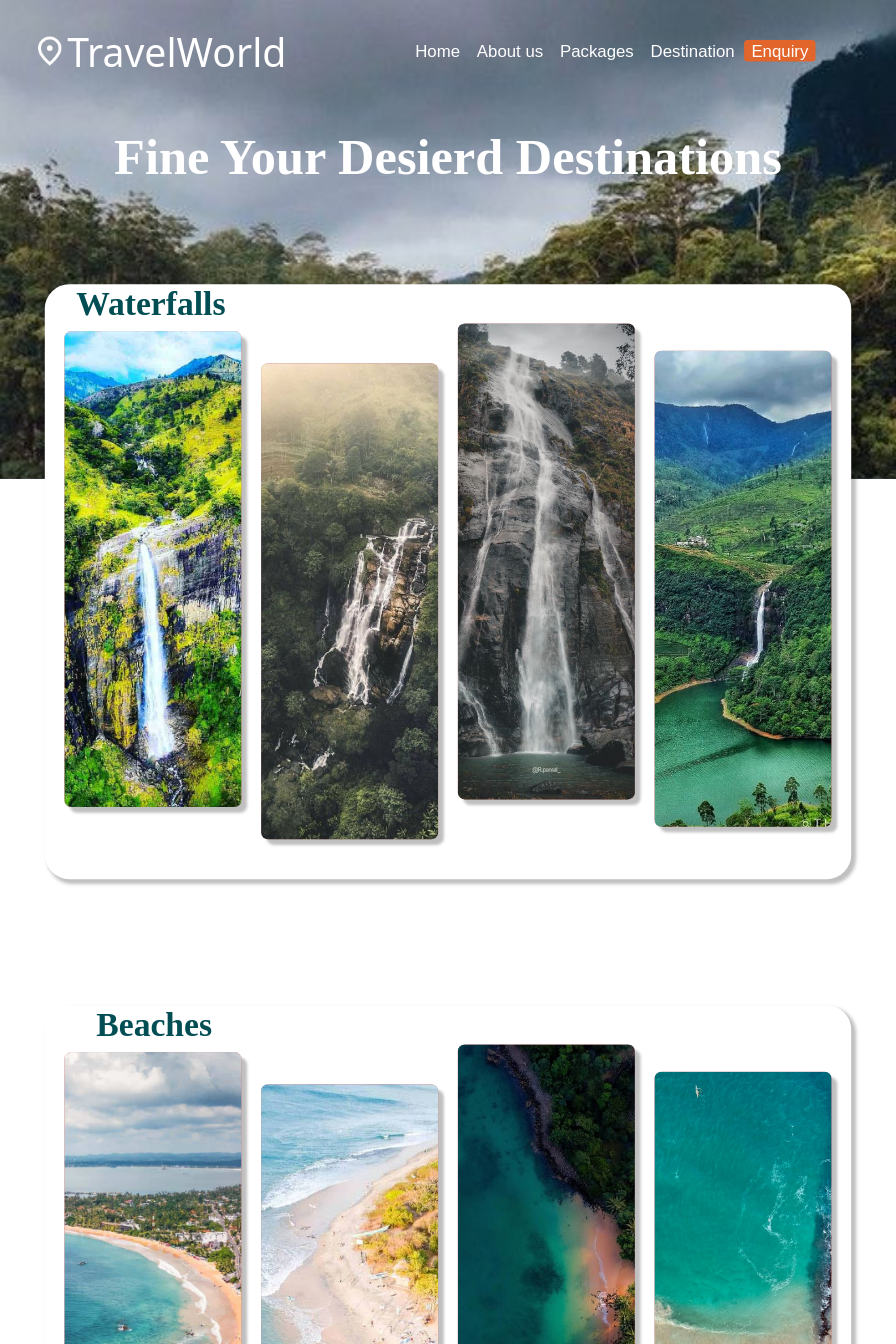
Repository: Haakim19/TavelWorld
Page: HTML/Destination.html
These files come from the project's save history. The page is drawn as it stood at one moment and after the next save; the edit follows.
The browser window is 1280 px wide. The pictures show the part of the page from y = 0 to 1920 px (the page is 4591 px tall), at 70% of full size.
Some web fonts or font styles are not loaded; a fallback is used.

Above is the page before, as saved 2024-11-02 20:48:33.

### HTML/Destination.html
<!DOCTYPE html>
<html lang="en">
    <head>
        <meta charset="UTF-8" />
		<meta name="viewport" content="width=device-width, initial-scale=1.0" />
		<title>Travel World</title>
		<link rel="stylesheet" href="../CSS/Navbar.CSS" />
        <link rel="stylesheet" href="../CSS/Destination.css">
        <link rel="preconnect" href="https://fonts.googleapis.com">
        <link rel="preconnect" href="https://fonts.gstatic.com" crossorigin>
        <link href="https://fonts.googleapis.com/css2?family=Irish+Grover&family=Jaldi:wght@400;700&family=Playwrite+GB+S:ital,wght@0,100..400;1,100..400&display=swap" rel="stylesheet">
	</head>
	<body>
        <div class="bg-img">
            <!-- Navigation Bar -->
            <nav class="navbar">
                <div class="logo">
                    <img src="../Assets/icon/location.png" alt="" />
                    Travel <span>World</span>
                </div>
                <div class="page">
                    <a href="Home.html">Home</a>
                    <a href="Aboutus.html">About us</a>
                    <a href="Packages.html">Packages</a>
                    <a href="Destination.html">Destination</a>
                    <a href="Enquiry.html" class="enquiry-btn">Enquiry</a>
                </div>
            </nav>
            <!-- Hero Section -->
            <section class="hero">
                <div class="hero-overlay">
                    <h2>Fine Your Desierd Destinations</h2>
                </div>
            </section>
            <img class="hero-img" src="../Assets/Images/WaterFall/Laxapana.jpg" alt="">
            <div class="container">
                <h1>Waterfalls</h1>
                <div class="box box1">
                        <img src="../Assets/Images/WaterFall/Diyaluma-Falls.jpg" alt="">
                        <div class="box-content">
                            <h2>Diyaluma Falls</h2>
                            <ul>
                                <li>Height</li>
                                <p>Second-highest waterfall in Sri Lanka, at 220 meters.</p>
                                <li>Natural Pools</li>
                                <p>Series of pools at different levels, perfect for a swim.</p>
                                <li>Hiking and Views</li>
                                <p>Short hike to the top with breathtaking views of the landscape.</p>
                                <li>Waterfall Picnic Spots</li>
                                <p>Popular for picnics due to its scenic beauty.</p>
                                <li>Photo Opportunities</li>
                                <p>Known for its dramatic cascade and beautiful rock formations.</p>
                            </ul>
                        </div>
                </div>
                <div class="box box2">
                        <img src="../Assets/Images/WaterFall/rawana.jpg" alt="">
                        <div class="box-content">
                            <h2>Ravana Falls</h2>
                        <ul>
                            <li>Mythological Significance</li>
                            <p>Linked to the epic Ramayana, named after King Ravana.</p>
                            <li>Multi-Tiered Cascade</li>
                            <p>Falls over multiple layers of rock, creating a stunning effect.</p>
                            <li>Accessible Location</li>
                            <p>Located close to the town of Ella, making it easy to visit.</p>
                            <li>Swimming</li>
                            <p>Shallow pool at the base where visitors can take a dip.</p>
                            <li>Popular Tourist Spot</li>
                            <p>A must-visit attraction in the Ella area, with roadside viewing.</p>
                        </ul>
                        </div>
                </div>
                <div class="box box3">
                        <img src="../Assets/Images/WaterFall/babarakanda.jpg" alt="">
                        <div class="box-content">
                            <h2>Bambarakanda Falls</h2>
                            <ul>
                                <li>Height</li>
                                <p>The tallest waterfall in Sri Lanka, reaching 263 meters.</p>
                                <li>Surrounding Pine Forests</li>
                                <p>Enveloped by lush pine forests, enhancing its beauty.</p>
                                <li>Seasonal Flow</li>
                                <p>Best viewed during the rainy season for a stronger flow.</p>
                                <li>Hiking Trail</li>
                                <p>Trail leads close to the falls for a fantastic view.</p>
                                <li>Scenic Picnic Area</li>
                                <p>Great spot for nature lovers to relax and enjoy the scenery.</p>
                            </ul>
                        </div>
                </div>
                <div class="box box4">
                        <img src="../Assets/Images/WaterFall/Gartmore falls maskeliya.jpg" alt="">
                        <div class="box-content">
                            <h2>Hikkaduwa</h2>
                            <ul>
                                <li>Coral Reefs and Snorkeling</li>
                                <p>Ideal for snorkeling around coral reefs.</p>
                                <li>Surfing</li>
                                <p>Steady waves, popular among surfers.</p>
                                <li>Beachfront Cafes and Nightlife</li>
                                <p>Bars and cafes with music and social scene.</p>
                                <li>Turtle Watching</li>
                                <p>Sea turtles can be seen near the shore.</p>
                                <li>Glass-Bottom Boat</li>
                                <p>View coral reefs from the boat.</p>
                                <li>Diving Spots</li>
                                <p>Underwater caves and wrecks to explore.</p>
                            </ul>
                        </div>
                </div>
            </div>
            <div class="container">
                <h1>Beaches</h1>
                <div class="box box1">
                        <img src="../Assets/Images/beatch/mirissa.jpg" alt="">
                        <div class="box-content">
                            <h2>Mirissa</h2>
                            <ul>
                                <li>Whale Watching</li>
                                <p>spot for blue whale and dolphin sightings.</p>
                                <li>Surfing & Snorkeling</li>
                                <p>Beginner-friendly waves and clear waters.</p>
                                <li>Beach Bars & Cafes</li>
                                <p>Lively atmosphere with fresh seafood and tropical drinks.</p>
                                <li>Secret Beach</li>
                                <p>A quieter, hidden gem nearby.</p>
                                <li>Picturesque Sunsets</li>
                                <p>Beautiful sunset views over the Indian Ocean.</p>
                            </ul>
                        </div>
                </div>
                <div class="box box2">
                        <img src="../Assets/Images/beatch/Arugam bay.jpg" alt="">
                        <div class="box-content">
                            <h2>Arugam Bay</h2>
                            <ul>
                            <li>World-Class Surfing</li>
                            <p>One of the best surf spots in Asia.</p>
                            <li>Laid-Back Vibe</li>
                            <p>Chill, bohemian atmosphere with beachside cafes.</p>
                            <li>Wildlife and Nature Excursions</li>
                            <p>Close to Kumana National Park.</p>
                            <li>Stunning Beaches and Landscapes</li>
                            <p>Scenic views at Elephant Rock and Pottuvil Lagoon.</p>
                            <li>Cultural Sites</li>
                            <p>Ancient temples like Muhudu Maha Viharaya.</p>
                            <li>Vibrant Nightlife</li>
                            <p>Lively social scene, especially during surf season.</p>
                           </ul>
                        </div>
                </div>
                <div class="box box3">
                        <img src="../Assets/Images/beatch/jungle beach unawatuna.jpg" alt="">
                        <div class="box-content">
                            <h2>Jungle beach</h2>
                            <ul>
                                <li>Secluded Beach Experience</li>
                                <p>Tucked away and less crowded.</p>
                                <li>Clear Waters for Snorkeling</li>
                                <p>Ideal for snorkeling around coral reefs.</p>
                                <li>Scenic Nature Trails</li>
                                <p>Short trek to reach the beach through greenery.</p>
                                <li>Vibrant Marine Life</li>
                                <p>Rich underwater ecosystem.</p>
                                <li>Relaxing Atmosphere</li>
                                <p>Perfect for unwinding.</p>
                                <li>Beautiful Sunset Views</li>
                                <p>Scenic, quiet spot for sunsets.</p>
                            </ul>
                        </div>
                </div>
                <div class="box box4">
                        <img src="../Assets/Images/beatch/bg-destination.jpg" alt="">
                        <div class="box-content">
                            <h2>Hikkaduwa</h2>
                            <ul>
                                <li>Coral Reefs and Snorkeling</li>
                                <p>Ideal for snorkeling around coral reefs.</p>
                                <li>Surfing</li>
                                <p>Steady waves, popular among surfers.</p>
                                <li>Beachfront Cafes and Nightlife</li>
                                <p>Bars and cafes with music and social scene.</p>
                                <li>Turtle Watching</li>
                                <p>Sea turtles can be seen near the shore.</p>
                                <li>Glass-Bottom Boat</li>
                                <p>View coral reefs from the boat.</p>
                                <li>Diving Spots</li>
                                <p>Underwater caves and wrecks to explore.</p>
                            </ul>
                        </div>
                </div>
            </div>
            <div class="container">
                <h1>Beaches</h1>
                <div class="box box1">
                        <img src="../Assets/Images/beatch/mirissa.jpg" alt="">
                        <div class="box-content">
                            <h2>Mirissa</h2>
                            <ul>
                                <li>Whale Watching</li>
                                <p>spot for blue whale and dolphin sightings.</p>
                                <li>Surfing & Snorkeling</li>
                                <p>Beginner-friendly waves and clear waters.</p>
                                <li>Beach Bars & Cafes</li>
                                <p>Lively atmosphere with fresh seafood and tropical drinks.</p>
                                <li>Secret Beach</li>
                                <p>A quieter, hidden gem nearby.</p>
                                <li>Picturesque Sunsets</li>
                                <p>Beautiful sunset views over the Indian Ocean.</p>
                            </ul>
                        </div>
                </div>
                <div class="box box2">
                        <img src="../Assets/Images/beatch/Arugam bay.jpg" alt="">
                        <div class="box-content">
                            <h2>Arugam Bay</h2>
                            <ul>
                            <li>World-Class Surfing</li>
                            <p>One of the best surf spots in Asia.</p>
                            <li>Laid-Back Vibe</li>
                            <p>Chill, bohemian atmosphere with beachside cafes.</p>
                            <li>Wildlife and Nature Excursions</li>
                            <p>Close to Kumana National Park.</p>
                            <li>Stunning Beaches and Landscapes</li>
                            <p>Scenic views at Elephant Rock and Pottuvil Lagoon.</p>
                            <li>Cultural Sites</li>
                            <p>Ancient temples like Muhudu Maha Viharaya.</p>
                            <li>Vibrant Nightlife</li>
                            <p>Lively social scene, especially during surf season.</p>
                           </ul>
                        </div>
                </div>
                <div class="box box3">
                        <img src="../Assets/Images/beatch/jungle beach unawatuna.jpg" alt="">
                        <div class="box-content">
                            <h2>Jungle beach</h2>
                            <ul>
                                <li>Secluded Beach Experience</li>
                                <p>Tucked away and less crowded.</p>
                                <li>Clear Waters for Snorkeling</li>
                                <p>Ideal for snorkeling around coral reefs.</p>
                                <li>Scenic Nature Trails</li>
                                <p>Short trek to reach the beach through greenery.</p>
                                <li>Vibrant Marine Life</li>
                                <p>Rich underwater ecosystem.</p>
                                <li>Relaxing Atmosphere</li>
                                <p>Perfect for unwinding.</p>
                                <li>Beautiful Sunset Views</li>
                                <p>Scenic, quiet spot for sunsets.</p>
                            </ul>
                        </div>
                </div>
                <div class="box box4">
                        <img src="../Assets/Images/beatch/bg-destination.jpg" alt="">
                        <div class="box-content">
                            <h2>Hikkaduwa</h2>
                            <ul>
                                <li>Coral Reefs and Snorkeling</li>
                                <p>Ideal for snorkeling around coral reefs.</p>
                                <li>Surfing</li>
                                <p>Steady waves, popular among surfers.</p>
                                <li>Beachfront Cafes and Nightlife</li>
                                <p>Bars and cafes with music and social scene.</p>
                                <li>Turtle Watching</li>
                                <p>Sea turtles can be seen near the shore.</p>
                                <li>Glass-Bottom Boat</li>
                                <p>View coral reefs from the boat.</p>
                                <li>Diving Spots</li>
                                <p>Underwater caves and wrecks to explore.</p>
                            </ul>
                        </div>
                </div>
            </div>
            <div class="container">
                <h1>Wildlife and Safari</h1>
                <div class="box box1">
                        <img src="../Assets/Images/beatch/mirissa.jpg" alt="">
                        <div class="box-content">
                            <h2>Mirissa</h2>
                            <ul>
                                <li>Whale Watching</li>
                                <p>spot for blue whale and dolphin sightings.</p>
                                <li>Surfing & Snorkeling</li>
                                <p>Beginner-friendly waves and clear waters.</p>
                                <li>Beach Bars & Cafes</li>
                                <p>Lively atmosphere with fresh seafood and tropical drinks.</p>
                                <li>Secret Beach</li>
                                <p>A quieter, hidden gem nearby.</p>
                                <li>Picturesque Sunsets</li>
                                <p>Beautiful sunset views over the Indian Ocean.</p>
                            </ul>
                        </div>
                </div>
                <div class="box box2">
                        <img src="../Assets/Images/beatch/Arugam bay.jpg" alt="">
                        <div class="box-content">
                            <h2>Arugam Bay</h2>
                            <ul>
                            <li>World-Class Surfing</li>
                            <p>One of the best surf spots in Asia.</p>
                            <li>Laid-Back Vibe</li>
                            <p>Chill, bohemian atmosphere with beachside cafes.</p>
                            <li>Wildlife and Nature Excursions</li>
                            <p>Close to Kumana National Park.</p>
                            <li>Stunning Beaches and Landscapes</li>
                            <p>Scenic views at Elephant Rock and Pottuvil Lagoon.</p>
                            <li>Cultural Sites</li>
                            <p>Ancient temples like Muhudu Maha Viharaya.</p>
                            <li>Vibrant Nightlife</li>
                            <p>Lively social scene, especially during surf season.</p>
                           </ul>
                        </div>
                </div>
                <div class="box box3">
                        <img src="../Assets/Images/beatch/jungle beach unawatuna.jpg" alt="">
                        <div class="box-content">
                            <h2>Jungle beach</h2>
                            <ul>
                                <li>Secluded Beach Experience</li>
                                <p>Tucked away and less crowded.</p>
                                <li>Clear Waters for Snorkeling</li>
                                <p>Ideal for snorkeling around coral reefs.</p>
                                <li>Scenic Nature Trails</li>
                                <p>Short trek to reach the beach through greenery.</p>
                                <li>Vibrant Marine Life</li>
                                <p>Rich underwater ecosystem.</p>
                                <li>Relaxing Atmosphere</li>
                                <p>Perfect for unwinding.</p>
                                <li>Beautiful Sunset Views</li>
                                <p>Scenic, quiet spot for sunsets.</p>
                            </ul>
                        </div>
                </div>
                <div class="box box4">
                        <img src="../Assets/Images/beatch/bg-destination.jpg" alt="">
                        <div class="box-content">
                            <h2>Hikkaduwa</h2>
                            <ul>
                                <li>Coral Reefs and Snorkeling</li>
                                <p>Ideal for snorkeling around coral reefs.</p>
                                <li>Surfing</li>
                                <p>Steady waves, popular among surfers.</p>
                                <li>Beachfront Cafes and Nightlife</li>
                                <p>Bars and cafes with music and social scene.</p>
                                <li>Turtle Watching</li>
                                <p>Sea turtles can be seen near the shore.</p>
                                <li>Glass-Bottom Boat</li>
                                <p>View coral reefs from the boat.</p>
                                <li>Diving Spots</li>
                                <p>Underwater caves and wrecks to explore.</p>
                            </ul>
                        </div>
                </div>
            </div>
        </div>

</body>
</html>

### CSS/Destination.css
section .hero-overlay{
    font-family: "Itim", cursive;
    font-size: 3rem;
    color:rgb(255, 255, 255);
}
.container{
    position: relative;
    width: 90%;
    height: 850px;
    top: -100px;
    background: #FFFFFF;
    box-shadow: 5px 5px 5px 2px rgba(0, 0, 0, 0.25);
    border-radius: 35px;
    display: flex;
    justify-content: space-evenly;
    align-items: center;
    margin-top: 25vh;
    margin-left: 5%;
    margin-right: 20%;
    margin-bottom:20vh;
    z-index: 10;
}
.container .box {
    background-color: #cf8585;
    width: 22%;
    height: 80%;
    box-shadow: 8px 8px 4px rgba(0, 0, 0, 0.25);
    border-radius: 10px;
    overflow: hidden;
    z-index: 10;
    transition: all 0.5s ease;
}
.container .box .box-content{
    color: #fff;
    background-color: rgba(0, 0, 0, 0.5);
    display: flex;
    width: 100%;
    height: 100%;
    /* position: absolute; */
    text-align: center;
    flex-direction: column;
    justify-content: center;
    /* align-items: center; */
    backdrop-filter: blur(5px);
    opacity: 0;
    transition: all 0.5s ease;
    z-index: 1100;
}
.container .box .box-content h2{
    font-family: "Playwrite GB S", serif;
    font-size: 2.2rem;
    line-height: 3.2rem;
    color:#53998F;
}
.container .box .box-content ul{
    font-family: "Jaldi", sans-serif;
    text-align:start;
    padding-left: 50px;
    line-height: 1rem;
    margin: 10px;
}
.container .box .box-content ul li{
    font-size: 1.2rem;
    list-style-type:armenian;
}

.container .box .box-content  {
    position: relative;
    top: -131.5%;
    left: 0%;
    /* transform: translateY(-100%); */

}
.container .box:hover .box-content{
    opacity: 1;
}
.container .box:hover{
    transform: scale(1.1);
}
.container h1{
    font-size: 3rem;
    font-family: "Playwrite GB S", serif;
    position: absolute;
    top: -20px;
    left: 15%;
    transform: translateX(-60%);
    margin-top: 20px;
    color:#004D53;
}
.box1 {
    margin-bottom: 5vh;
}
.box2 {
    margin-top: 8vh;

}
.box3 {
    margin-bottom: 8vh;

}

.box4 {
    margin-top: 3vh;

}

Loaded but not shown: CSS/Navbar.CSS (106 lines, source omitted)

After the next save:
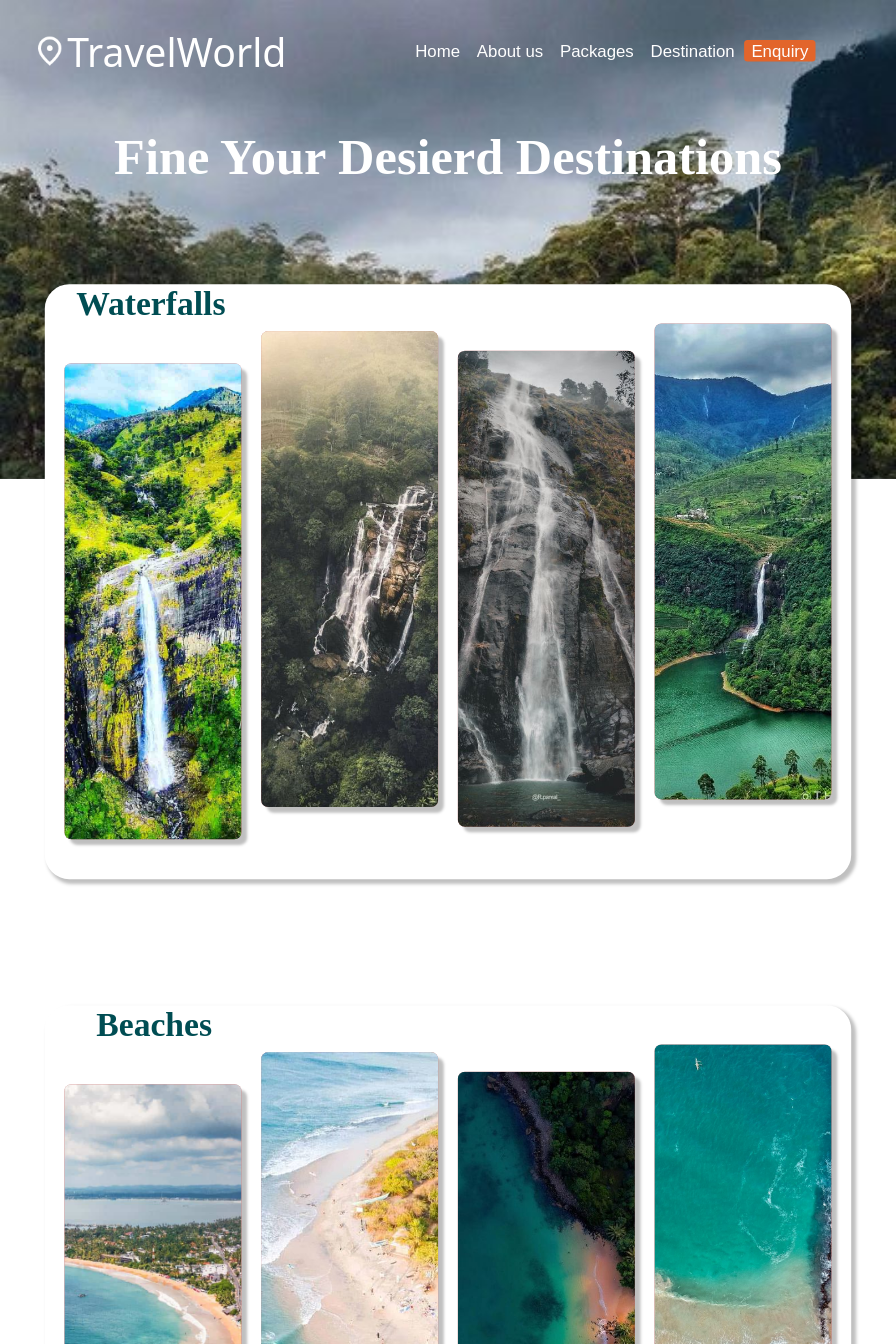
Saved 34 s later.
--- a/CSS/Destination.css
+++ b/CSS/Destination.css
@@ -87,19 +87,19 @@ section .hero-overlay{
     margin-top: 20px;
     color:#004D53;
 }
-.box1 {
+.box2 {
     margin-bottom: 5vh;
 }
-.box2 {
+.box1 {
     margin-top: 8vh;
 
 }
-.box3 {
+.box4 {
     margin-bottom: 8vh;
 
 }
 
-.box4 {
+.box3 {
     margin-top: 3vh;
 
 }
